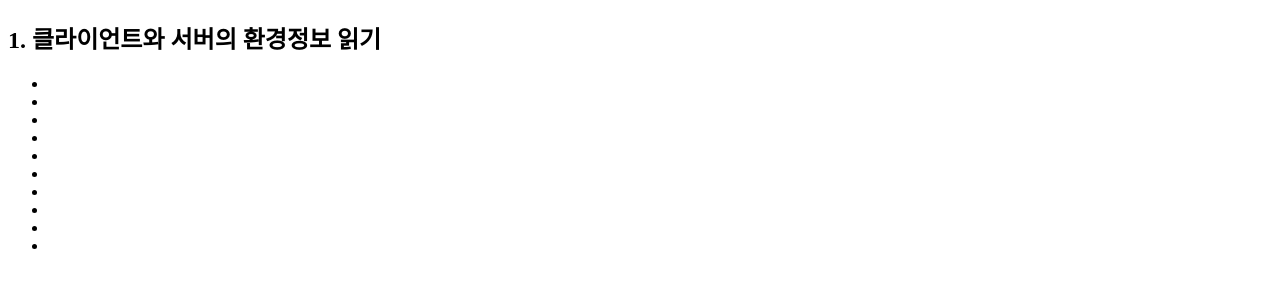
Repository: devgolol/JSP-_Servlet
Page: http://localhost/MustHaveJSP/02ImplicitObject/RequestWebInfo.jsp
An editor plug-in stored every save of this project. The page is shown before and after the next save, followed by the edit.
The browser window is 1280 px wide. The pictures show the whole page.
The page is served by Tomcat 10. Other server files are loaded and not shown.

Above is the page before, as saved 2025-05-02 05:58:52.

### MustHaveJSP/src/main/webapp/02ImplicitObject/RequestWebInfo.jsp
<%@ page language="java" contentType="text/html; charset=UTF-8"
    pageEncoding="UTF-8"%>
<!DOCTYPE html>
<html>
<head>
<meta charset="UTF-8">
<title>내장 객체 - request</title>
</head>
<body>
<h2>1. 클라이언트와 서버의 환경정보 읽기</h2>
	<ul>
		<li></li>
		<li></li>
		<li></li>
		<li></li>
		<li></li>
		<li></li>
		<li></li>
		<li></li>
		<li></li>
		<li></li>
	</ul>

</body>
</html>

After the next save:
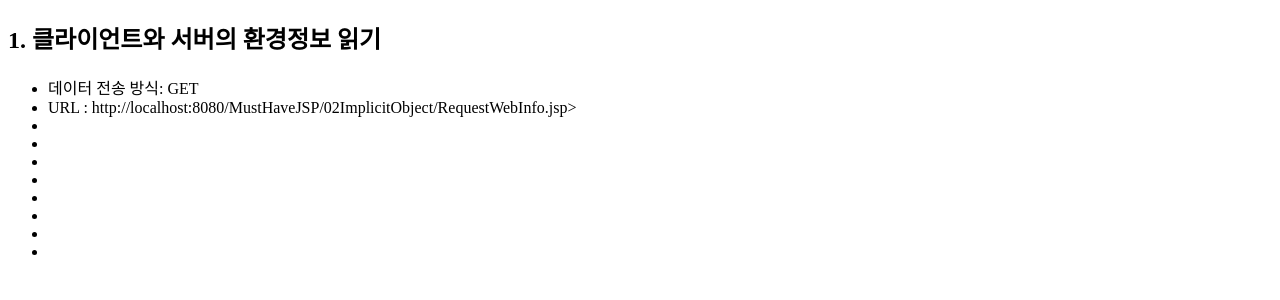
Saved 62 s later.
--- a/MustHaveJSP/src/main/webapp/02ImplicitObject/RequestWebInfo.jsp
+++ b/MustHaveJSP/src/main/webapp/02ImplicitObject/RequestWebInfo.jsp
@@ -9,8 +9,8 @@
 <body>
 <h2>1. 클라이언트와 서버의 환경정보 읽기</h2>
 	<ul>
-		<li></li>
-		<li></li>
+		<li>데이터 전송 방식: <%=request.getMethod() %></li>
+		<li>URL : <%= request.getRequestURL() %>></li>
 		<li></li>
 		<li></li>
 		<li></li>
